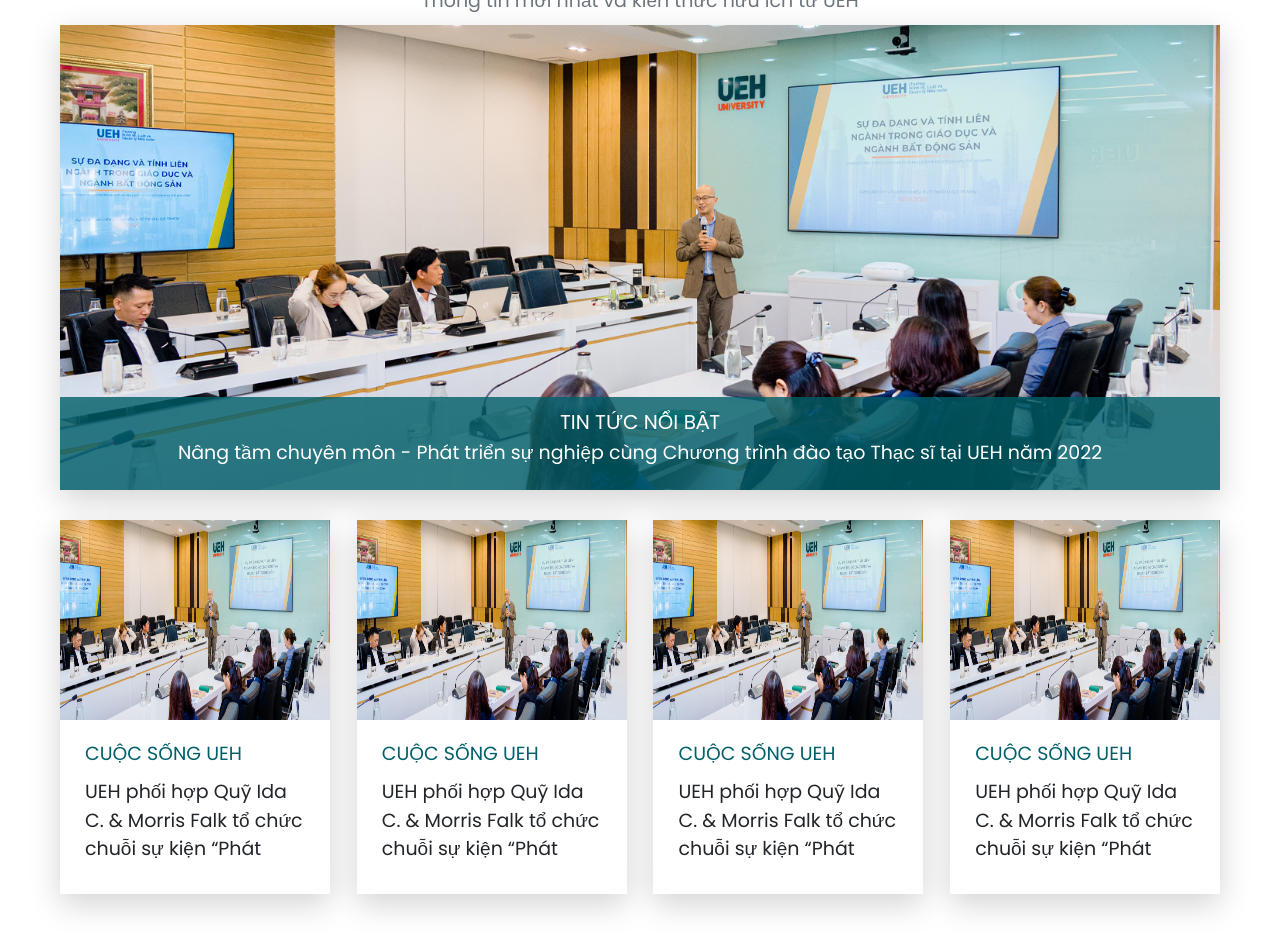
Repository: Jackietruong2805/frontends
Page: html css/ueh/index.html
An editor plug-in stored every save of this project. The page is shown before and after the next save, followed by the edit.
The browser window is 1280 px wide. The page is 1288 px wide, so the pictures cover 1288 px, including what lies to the right of the window. The pictures show the part of the page from y = 768 to 1720 px (the page is 1720 px tall).
Some web libraries are served in a nearby version.

Above is the page before, as saved 2022-06-20 10:11:41.

After the next save:
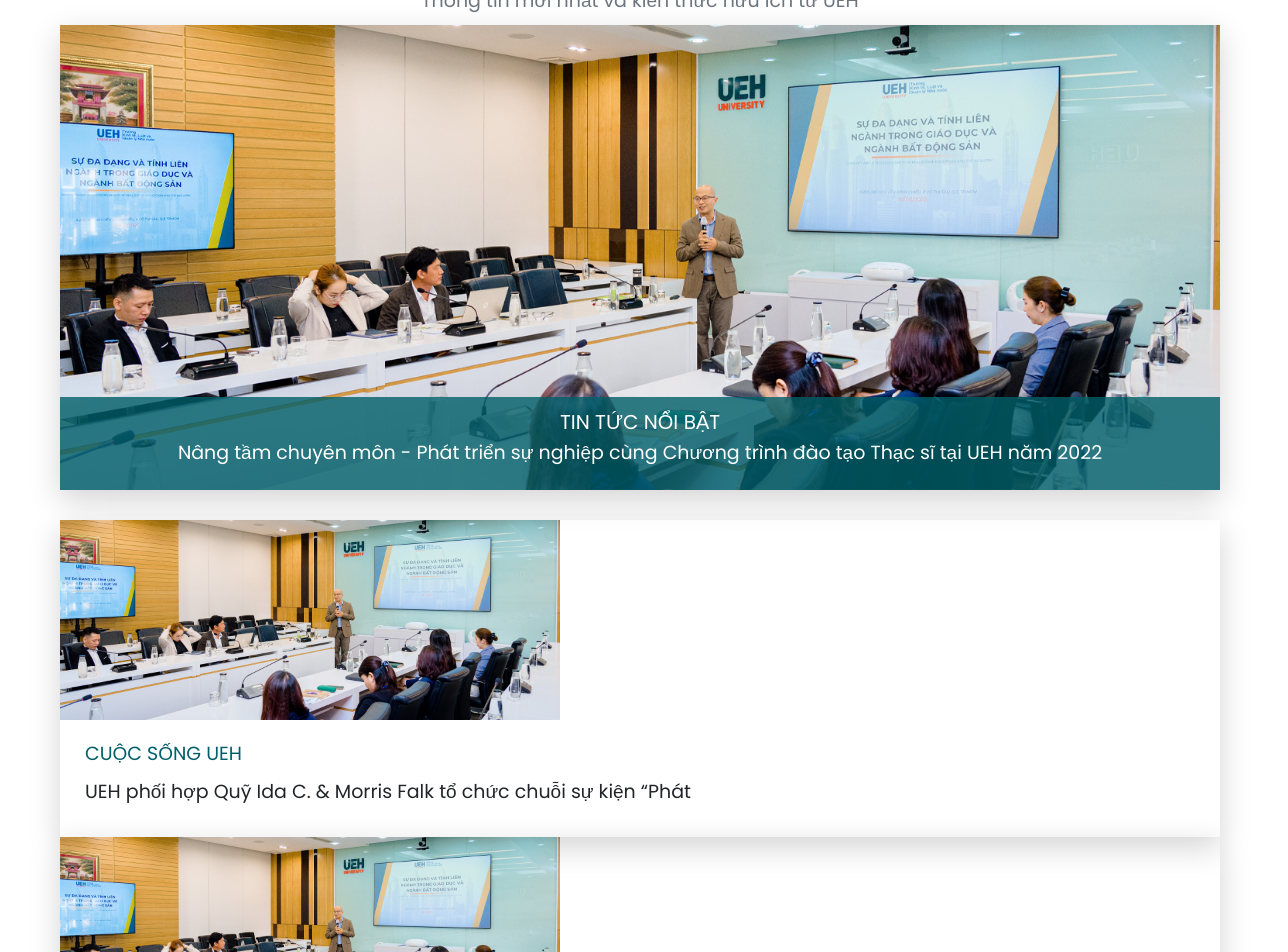
Saved 12 s later.
--- a/html css/ueh/css/index.css
+++ b/html css/ueh/css/index.css
@@ -230,6 +230,6 @@
 
 @media screen and (min-width: 768px) {
     .news .news__item {
-        width: calc(100%/4.3);
+        width: 100%;
     }
 }
